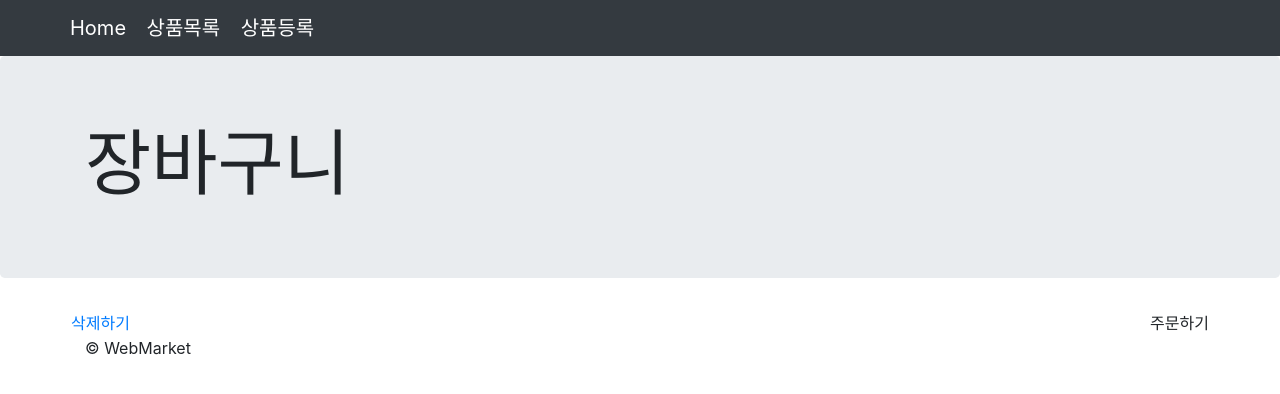
Repository: davisbyun/ai
Page: http://localhost/WebMarket/cart.jsp
These files come from the project's save history. The page is drawn as it stood at one moment and after the next save; the edit follows.
The browser window is 1280 px wide. The pictures show the whole page.
The page is served by Tomcat 9. Other server files are loaded and not shown.

Above is the page before, as saved 2024-01-24 03:51:10.

### WebMarket/src/main/webapp/cart.jsp
<%@ page language="java" contentType="text/html; charset=UTF-8"
    pageEncoding="UTF-8"%>
<%@ page import="java.util.ArrayList" %>
<%@ page import="dto.Product" %>
<%@ page import="dao.ProductRepository" %>

<!DOCTYPE html>
<html>
<head>
<meta charset="UTF-8">
<title>장바구니 cart.jsp</title>
</head>
<link rel="stylesheet" href="./css/bootstrap.min.css"/>
<body>

	<%
	   String cartId = session.getId();  // 세션으로 만들 때 자동으로 만들어지는 고유한 ID 값을 얻기
	%>
	<jsp:include page="menu.jsp"></jsp:include>
	<div class="jumbotron">
    <div class="container">
        <h1 class="display-3"> 장바구니 </h1>
    </div>
    </div>

    <div class="container">
    <div class="row">
    <table width="100%">
    	<tr>
    	  <td align="left"><a href="./reomveCart.jsp?cartId=<%=cartId %>"</a> 삭제하기</td>
    	  <td align="right">주문하기</td>
    	</tr>
    </table>
    </div>
    </div>

    <jsp:include page="footer.jsp"></jsp:include>
</body>
</html>

### WebMarket/src/main/webapp/menu.jsp
<%@ page language="java" contentType="text/html; charset=UTF-8"
    pageEncoding="UTF-8"%>
<!DOCTYPE html>
<html>
<head>
<meta charset="UTF-8">
<title>Insert title here</title>
<link rel="stylesheet" href="https://cdn.jsdelivr.net/npm/bootstrap@4.0.0/dist/css/bootstrap.min.css" integrity="sha384-Gn5384xqQ1aoWXA+058RXPxPg6fy4IWvTNh0E263XmFcJlSAwiGgFAW/dAiS6JXm" crossorigin="anonymous">
</head>
<body>
	 <nav class="navbar navbar-expand navbar-dark bg-dark">
    <div class="container">
        <div class="navbar-header">
            <a class="navbar-brand" href="./welcome.jsp">Home</a>
            <a class="navbar-brand" href="./welcome.jsp">상품목록</a>
            <a class="navbar-brand" href="./welcome.jsp">상품등록</a>
         </div>
     </div>
   </nav>
</body>
</html>

### WebMarket/src/main/webapp/footer.jsp
<%@ page language="java" contentType="text/html; charset=UTF-8"
    pageEncoding="UTF-8"%>
<!DOCTYPE html>
<html>
<head>
<meta charset="UTF-8">
<title>Insert title here</title>
 <link rel="stylesheet" href="https://cdn.jsdelivr.net/npm/bootstrap@4.0.0/dist/css/bootstrap.min.css" integrity="sha384-Gn5384xqQ1aoWXA+058RXPxPg6fy4IWvTNh0E263XmFcJlSAwiGgFAW/dAiS6JXm" crossorigin="anonymous">
</head>
<body>
     <footer class="container">
	    <p>&copy; WebMarket</p>
	 </footer>
</body>
</html>

Loaded but not shown: WebMarket/src/main/webapp/css/bootstrap.min.css (library)

After the next save:
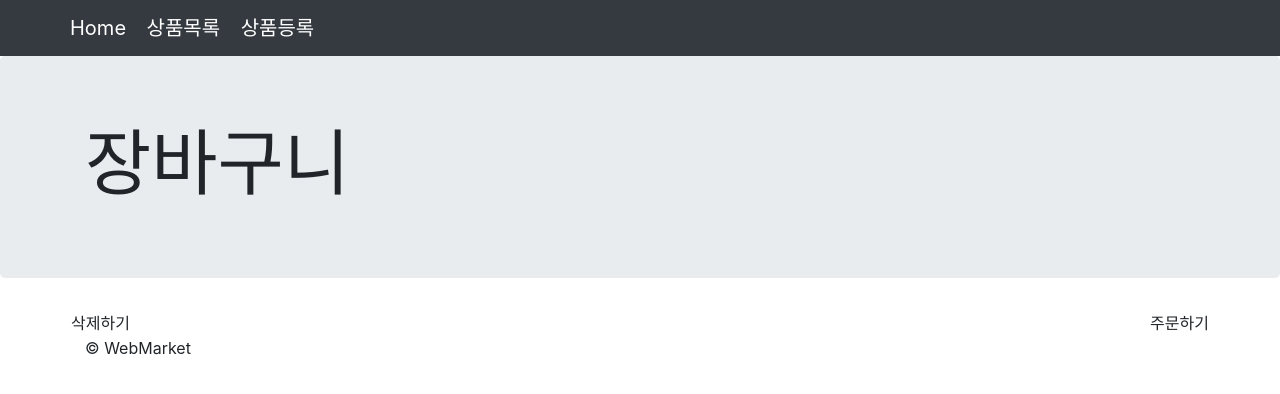
Saved 16 s later.
--- a/WebMarket/src/main/webapp/cart.jsp
+++ b/WebMarket/src/main/webapp/cart.jsp
@@ -27,7 +27,7 @@
     <div class="row">
     <table width="100%">
     	<tr>
-    	  <td align="left"><a href="./reomveCart.jsp?cartId=<%=cartId %>"</a> 삭제하기</td>
+    	  <td align="left"><a href="./reomveCart.jsp?cartId=<%=cartId %>"></a> 삭제하기</td>
     	  <td align="right">주문하기</td>
     	</tr>
     </table>

After the save that followed:
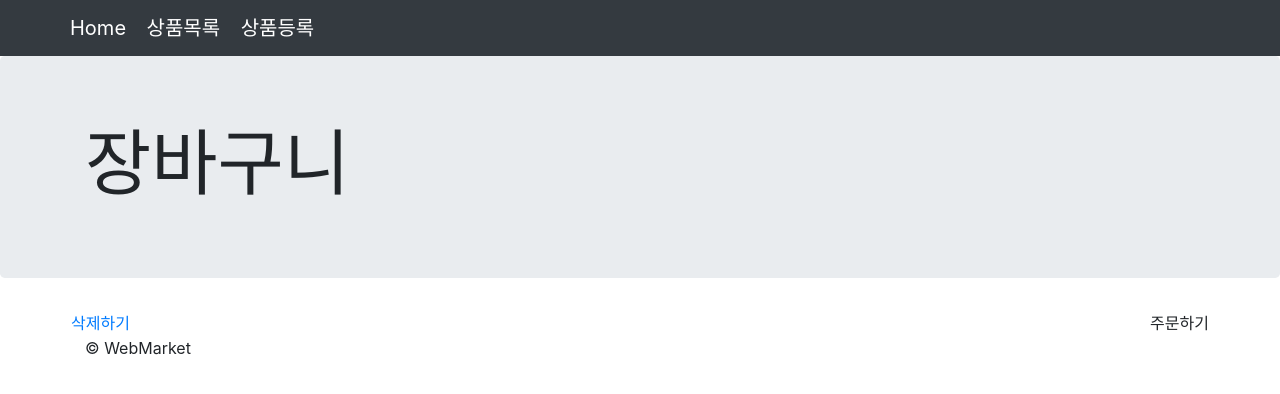
Saved 20 s later.
--- a/WebMarket/src/main/webapp/cart.jsp
+++ b/WebMarket/src/main/webapp/cart.jsp
@@ -27,7 +27,7 @@
     <div class="row">
     <table width="100%">
     	<tr>
-    	  <td align="left"><a href="./reomveCart.jsp?cartId=<%=cartId %>"></a> 삭제하기</td>
+    	  <td align="left"><a href="./reomveCart.jsp?cartId=<%=cartId %>">삭제하기</a></td>
     	  <td align="right">주문하기</td>
     	</tr>
     </table>
